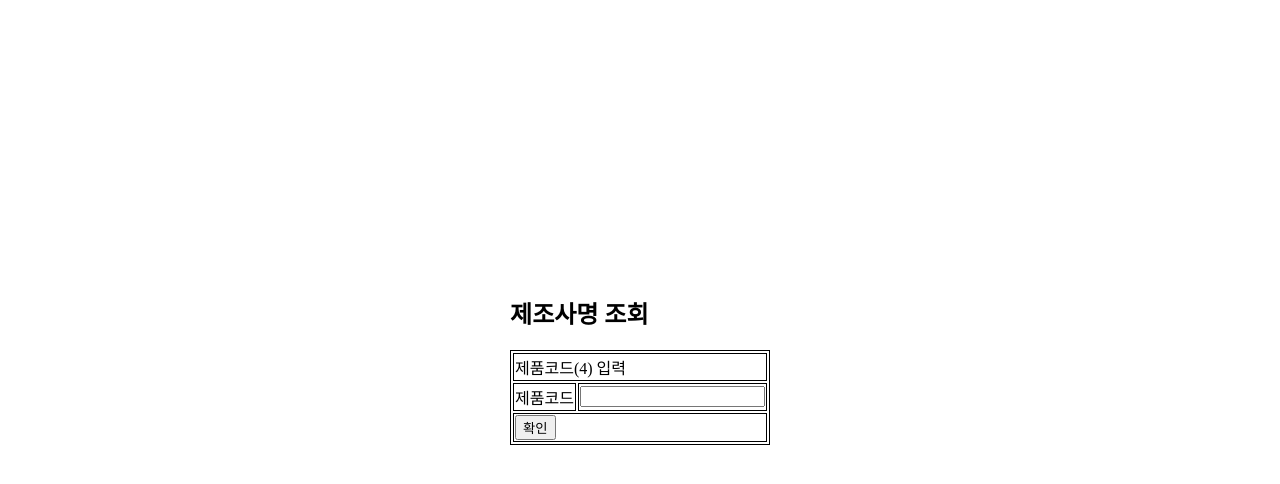
Repository: dlrjsgh367/SW-L5-20V1
Page: SW-L5-20V1/WebContent/task2.html
The author's editor kept a copy of each file at every save. The page is drawn from the files as they stood at one save, then again after the next save.
The browser window is 1280 px wide. The pictures show the whole page.

Above is the page before, as saved 2025-01-12 08:21:56.

After the next save:
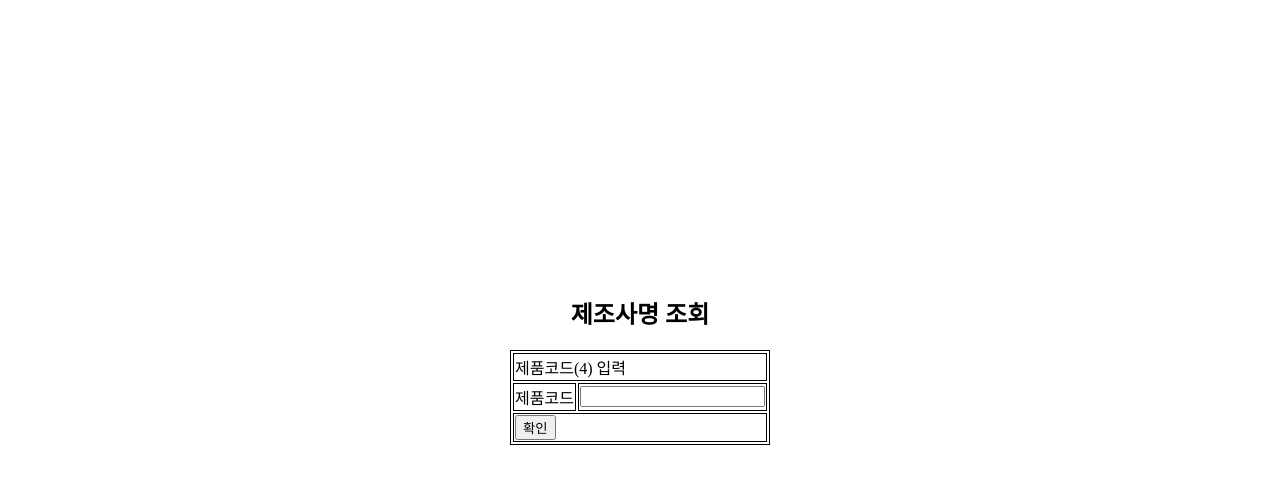
Saved 11 s later.
--- a/SW-L5-20V1/WebContent/task2.html
+++ b/SW-L5-20V1/WebContent/task2.html
@@ -7,7 +7,7 @@
 <body>
   <div class="container">
     <div>
-      <h2>제조사명 조회</h2>
+      <h2 class="ta-c">제조사명 조회</h2>
       <table>
         <tr>
           <td colspan="2">제품코드(4) 입력</td>
